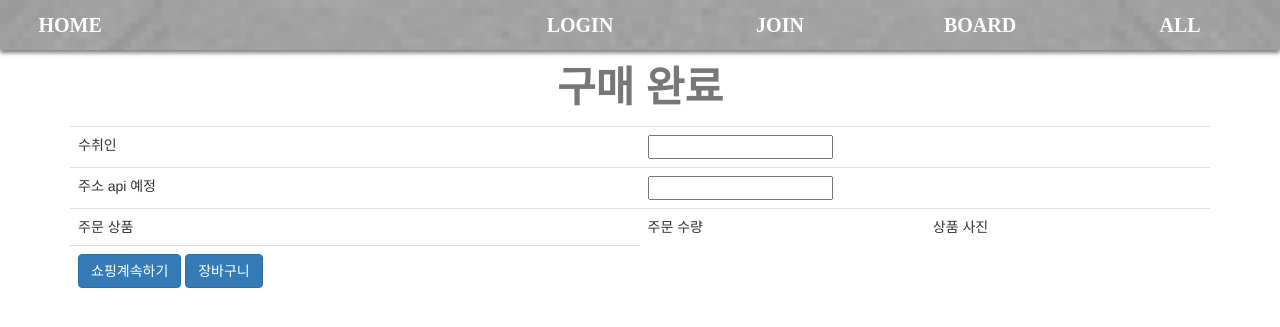
Repository: j-Woody/makers
Page: http://localhost/Makers/WEB-INF/views/porder/porderFin.jsp
An editor plug-in stored every save of this project. The page is shown before and after the next save, followed by the edit.
The browser window is 1280 px wide. The pictures show the whole page.
The page is served by Tomcat 9. Nobody is signed in. The template is opened directly, without the code that normally fills it, so the values that code supplies are empty.

Above is the page before, as saved 2019-05-23 11:59:40.
Console error: ReferenceError: $ is not defined

After the next save:
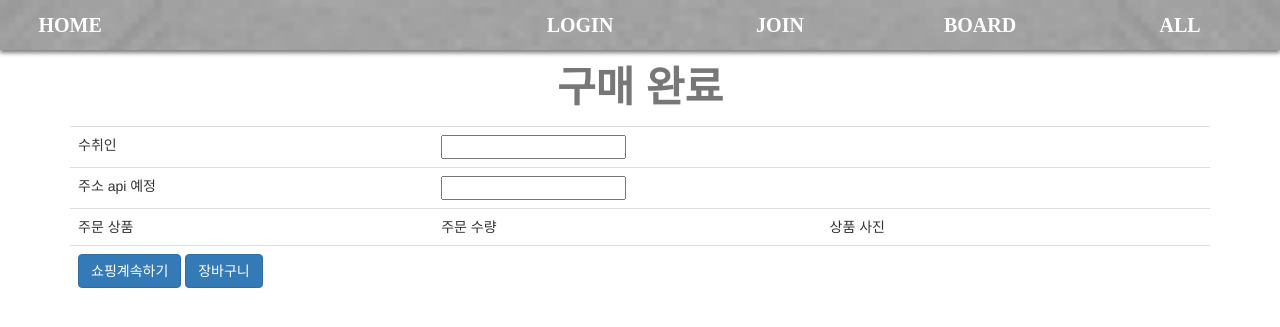
Saved 23 s later.
--- a/Makers/src/main/webapp/WEB-INF/views/porder/porderFin.jsp
+++ b/Makers/src/main/webapp/WEB-INF/views/porder/porderFin.jsp
@@ -65,7 +65,7 @@
   </tr>
   </c:forEach>
   	<tr>
-       <td>
+       <td colspan="3">
        <button class="btn btn-primary" onclick="location.href='${conPath}/Product/productList.do'">쇼핑계속하기</button>
        <button class="btn btn-primary" onclick="location.href='${conPath}/Cart/cartView.do?mid=${mem.mid }'">장바구니</button>
        </td>
